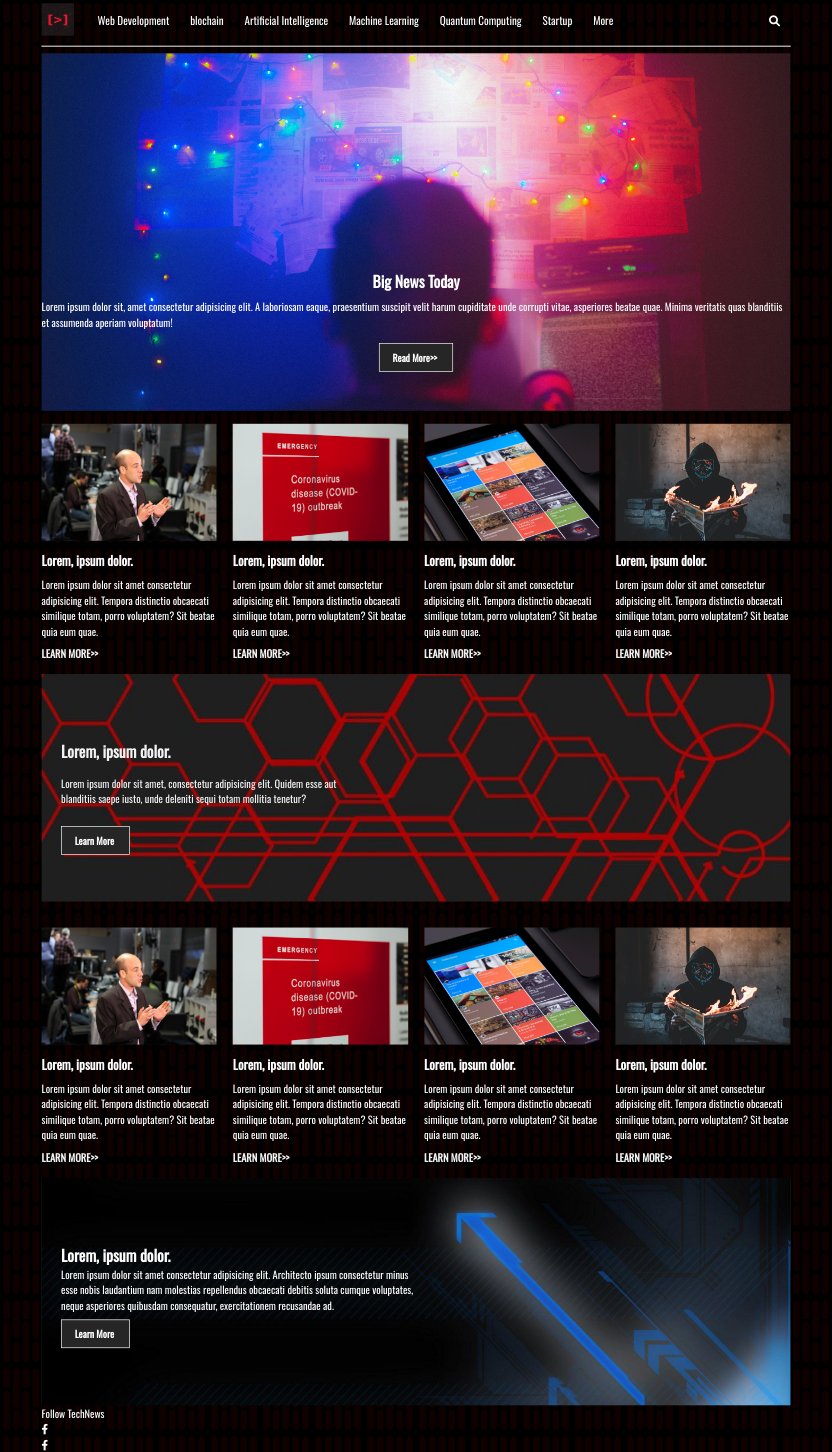
Repository: NickArregoces/News_Web
Page: index.html
The author's editor kept a copy of each file at every save. The page is drawn from the files as they stood at one save, then again after a run of saves.
The browser window is 1280 px wide. The pictures show the whole page, at 65% of full size.

Above is the page before, as saved 2021-12-24 20:05:49.

### index.html
<!DOCTYPE html>
<html lang="en">
<head>
    <meta charset="UTF-8">
    <meta http-equiv="X-UA-Compatible" content="IE=edge">
    <meta name="viewport" content="width=device-width, initial-scale=1.0">
    <title>TechNews</title>
    <!--FONT AWESOME-->
    <link rel="stylesheet" href="https://cdnjs.cloudflare.com/ajax/libs/font-awesome/6.0.0-beta3/css/all.min.css">

    <link rel="stylesheet" href="style.Css">
    <!--Oswald FONTS-->
    <link rel="preconnect" href="https://fonts.googleapis.com">
<link rel="preconnect" href="https://fonts.gstatic.com" crossorigin>
<link href="https://fonts.googleapis.com/css2?family=Oswald:wght@200;300;400&display=swap" rel="stylesheet">
</head>
<body>

    <div class="container">

        <nav class ="nav-main">
            <img src="img/brand.png" alt="" class="nav-brand">

            <ul class="nav-menu">
                <li>
                    <a href="#">Web Development</a>
                </li>
                <li>
                    <a href="#">blochain</a>
                </li>
                <li>
                    <a href="#">Artificial Intelligence</a>
                </li>
                <li>
                    <a href="#">Machine Learning</a>
                </li>
                <li>
                    <a href="#">Quantum Computing</a>
                </li>
                <li>
                    <a href="#">Startup</a>
                </li>
                <li>
                    <a href="#">More</a>
                </li>
            </ul>
            <ul class="nav-menu-right">
                <li>
                    <a href="">
                        <i class="fas fa-search"></i>
                    </a>
                </li>
            </ul>
        </nav>
        <hr> <!--Crea una linea -->


        <!--Showcase=Imagen pricnipal-->
        <header class="showcase">
            <h2>Big News Today</h2>
            <p>Lorem ipsum dolor sit, amet consectetur adipisicing elit. A laboriosam eaque, praesentium suscipit velit harum cupiditate unde corrupti vitae, asperiores beatae quae. Minima veritatis quas blanditiis et assumenda aperiam voluptatum!</p>
        <!--lorem30 te crea 30 palabras-->
            <a class="btn" href="#">Read More>> <i class="fas fa-angles-double-right"></i></a>
        </header>

        <!--NEWS CARDS(COLUMNAS)-->
        <div class="news-cards">
            <div class="">
                <img src="img/news1.jpg" alt="News 1">
                <h3>Lorem, ipsum dolor.</h3>
                <p>Lorem ipsum dolor sit amet consectetur adipisicing elit. Tempora distinctio obcaecati similique totam, porro voluptatem? Sit beatae quia eum quae.</p>
                <a href="">Learn More>><i class="fas fa-amgle-dpuble-right"></i></a>
            </div>
            <div class="">
                <img src="img/news2.jpg" alt="News 2">
                <h3>Lorem, ipsum dolor.</h3>
                <p>Lorem ipsum dolor sit amet consectetur adipisicing elit. Tempora distinctio obcaecati similique totam, porro voluptatem? Sit beatae quia eum quae.</p>
                <a href="">Learn More>><i class fas fa-amgle-dpuble-right></i></a>
            </div>
            <div class="">
                <img src="img/news3.jpg" alt="News 3">
                <h3>Lorem, ipsum dolor.</h3>
                <p>Lorem ipsum dolor sit amet consectetur adipisicing elit. Tempora distinctio obcaecati similique totam, porro voluptatem? Sit beatae quia eum quae.</p>
                <a href="">Learn More>><i class="fas fa-amgle-dpuble-right" ></i></a>
            </div>
            <div class="">
                <img src="img/news4.jpg" alt="News 4">
                <h3>Lorem, ipsum dolor.</h3>
                <p>Lorem ipsum dolor sit amet consectetur adipisicing elit. Tempora distinctio obcaecati similique totam, porro voluptatem? Sit beatae quia eum quae.</p>
                <a href="">Learn More>><i class="fas fa-amgle-dpuble-right"></i></a>
            </div>
        </div>

        <div>

            <section class="cards-banner-one">
                <div class="content">
                    <h2>Lorem, ipsum dolor.</h2>
                    <p>Lorem ipsum dolor sit amet, consectetur adipisicing elit. Quidem esse aut blanditiis saepe iusto, unde deleniti sequi totam mollitia tenetur?</p>
                    <a href="#" class="btn">Learn More <i class="fas fa-amgle-dpuble-right"></i></a>
                </div>

            </section>

            <!--NEWS CARDS(COLUMNAS)-->
        <div class="news-cards">
            <div class="">
                <img src="img/news1.jpg" alt="News 1">
                <h3>Lorem, ipsum dolor.</h3>
                <p>Lorem ipsum dolor sit amet consectetur adipisicing elit. Tempora distinctio obcaecati similique totam, porro voluptatem? Sit beatae quia eum quae.</p>
                <a href="">Learn More>><i class="fas fa-amgle-dpuble-right"></i></a>
            </div>
            <div class="">
                <img src="img/news2.jpg" alt="News 2">
                <h3>Lorem, ipsum dolor.</h3>
                <p>Lorem ipsum dolor sit amet consectetur adipisicing elit. Tempora distinctio obcaecati similique totam, porro voluptatem? Sit beatae quia eum quae.</p>
                <a href="">Learn More>><i class fas fa-amgle-dpuble-right></i></a>
            </div>
            <div class="">
                <img src="img/news3.jpg" alt="News 3">
                <h3>Lorem, ipsum dolor.</h3>
                <p>Lorem ipsum dolor sit amet consectetur adipisicing elit. Tempora distinctio obcaecati similique totam, porro voluptatem? Sit beatae quia eum quae.</p>
                <a href="">Learn More>><i class="fas fa-amgle-dpuble-right" ></i></a>
            </div>
            <div class="">
                <img src="img/news4.jpg" alt="News 4">
                <h3>Lorem, ipsum dolor.</h3>
                <p>Lorem ipsum dolor sit amet consectetur adipisicing elit. Tempora distinctio obcaecati similique totam, porro voluptatem? Sit beatae quia eum quae.</p>
                <a href="">Learn More>><i class="fas fa-amgle-dpuble-right"></i></a>
            </div>
        </div>

        <section class="cards-banner-two">
            <div class="content">
                <h2>Lorem, ipsum dolor.</h2>
                <p>Lorem ipsum dolor sit amet consectetur adipisicing elit. Architecto ipsum consectetur minus esse nobis laudantium nam molestias repellendus obcaecati debitis soluta cumque voluptates, neque asperiores quibusdam consequatur, exercitationem recusandae ad.</p>
                <a href="#" class="btn">Learn More <i class="fas fa-angles-double-right"></i> </a>
            </div>
        </section>

        <section class="social">

                <p> Follow TechNews</p>
                <div class="links">
                    <a href="#">
                        <i class="fab fa-facebook-f"></i>
                    </a>
                    <div class="links">
                        <a href="#">
                            <i class="fab fa-facebook-f"></i>
                        </a>

                </div>

        </section>



        </div>

    </div>


</body>
</html>

### style.Css
*{
    box-sizing: border-box;
    margin: 0;
    padding: 0;
}

body{
    background:#000000;
    color:#ffff;
    background-color: #000000;
    background-image: url("data:[embedded picture, 663 characters]");
    color:#1e272e;
    font-size: 16px;
    font-family: 'Oswald', sans-serif;
}

a{
    color: #ffff;
    text-decoration: none;
}

ul{
    list-style: none;
}
.container{
    width: 90%;/*responsive*/
    margin: auto;
    color: #ffff;/*MIO*/
}
/*Navigation*/
.nav-main{
    font-size: 17px;
    display: flex;/*Elememnto al lado de otro*/
    justify-content: space-between;
    align-items: center;
    height: 60px;
    padding: 20px 0px;
}
.nav-brand{
    width: 50px;
}

/*Nav Left*/
.nav-main ul{
    display:flex;
}

.nav-main ul li{
    padding: 10px;
}

.nav-main ul li a{
    padding: 6px;
}

.nav-main ul li a:hover {
    border-bottom: 2px solid #ffffff;
}
.nav-main ul.nav-menu{
    flex:1;
    margin-left: 20px;
}

/*Showcase*/
hr{
    margin:10px 0px;
}
.showcase{
    width: 100%;
    height: 550px;
    /*Arreglar img */
    background: url(/img/showcase2.jpg) no-repeat center center/cover;
    padding-bottom: 50px;
    margin-bottom: 20px;/*Margen interna*/
    display:flex;
    flex-direction: column;
    align-items: center;/*centrar P*/
    justify-content: flex-end; /*p al final*/
}

.btn{
    cursor: pointer;
    display: inline-block;
    border: 0;
    font-weight: bold;
    padding: 10px 20px;
    background: #262626;
    color:#ffffff;
    font-size: 15px;
    border: 1px solid #ffff;
    margin:10px 0px;
}

.btn:hover{
    opacity: 0.7;
}

.showcase h2,
.showcase p{
    margin-bottom: 10px;
}

/*News CARS*/
.news-cards{
    display: grid;
    grid-template-columns: 1fr 1fr 1fr 1fr;/*4 columnas*/
    gap: 25px;/*espaciado card*/
    margin: 10px 0;
}

.news-cards img{
    width:100%;
    height:  180px;
}

.news-cards h3{
    font-size: 20px;
    margin:  10px 0;

}

.news-cards a{
    padding: 10px 0;
    color: #f2f2f2;
    text-transform: uppercase;
    display: inline-block;
    font-weight: bold;
}

.news-cards a:hover{
    text-decoration: underline; /*Line debajo*/
}

/*Cards-banner-one*/

.cards-banner-one {
    width: 100%;
    height: 350px;
    background: url(./img/tech-red.jpg) no-repeat center/cover;;
    margin-bottom: 40px;
}
.cards-banner-one .content{
    width: 40%;
    padding: 90px 0 0 30px;
    color: #f2f2f2;
}

.cards-banner-one p,
.cards-banner-one h2{
    margin: 10px 0 20px 0;
}

/*CARDS BANNER TWO*/

.cards-banner-two{
    background: url(./img/image-five.jpg) no-repeat center/cover;
    width: 100%;
    height: 350px;
}

.cards-banner-two .content{
    width: 50%;
    padding: 100px 0 0 30px;
}

After the next 9 saves:
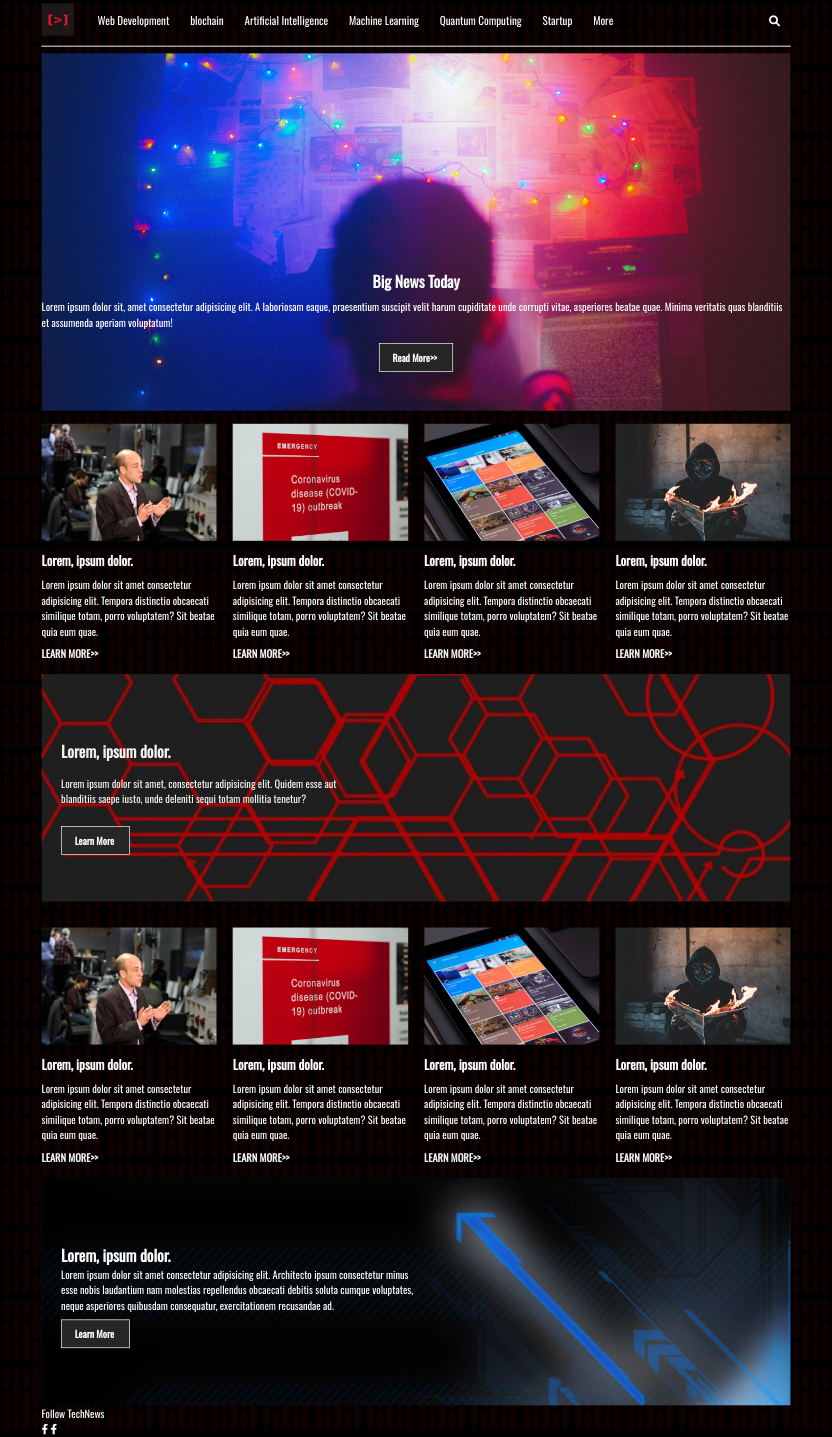
The 9 saves are shown as one change because they came seconds apart.
The last was saved 22 s later.
--- a/index.html
+++ b/index.html
@@ -145,10 +145,9 @@
                     <a href="#">
                         <i class="fab fa-facebook-f"></i>
                     </a>
-                    <div class="links">
-                        <a href="#">
-                            <i class="fab fa-facebook-f"></i>
-                        </a>
+                <a href="#">
+                    <i class="fab fa-facebook-f"></i>
+                </a>
 
                 </div>
 
